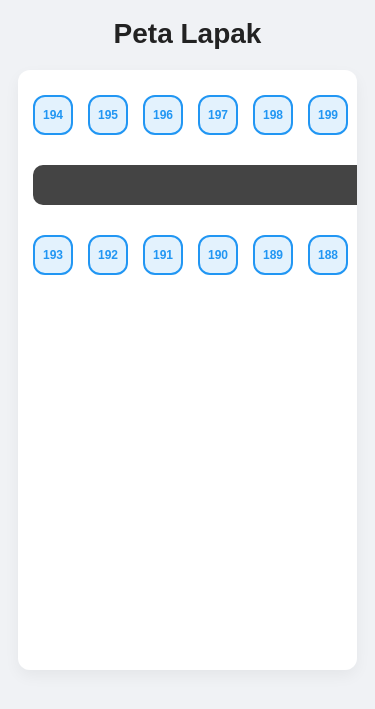
Repository: pasarrakyatbak/denah
Page: index.html
An editor plug-in stored every save of this project. The page is shown before and after the next save, followed by the edit.
The browser window is 375 px wide. The pictures show the whole page.

Above is the page before, as saved 2025-09-19 09:08:22.

After the next save:
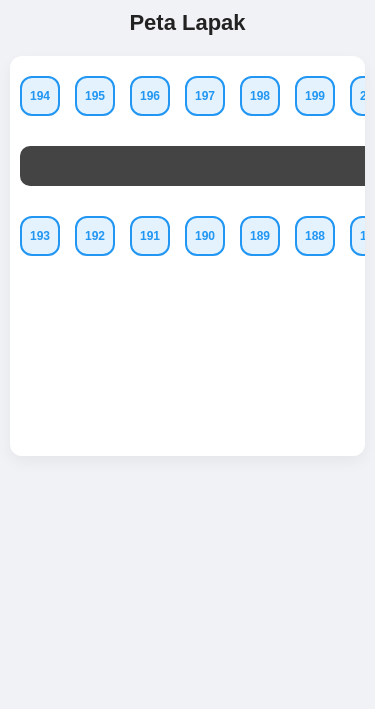
Saved 2 min 11 s later.
--- a/style.css
+++ b/style.css
@@ -18,6 +18,7 @@ h1 {
     margin-bottom: 20px;
 }
 
+/* Scroll container */
 .scroll-container {
     position: relative;
     width: 100%;
@@ -43,6 +44,8 @@ h1 {
     display: flex;
     gap: 15px;
     align-items: center;
+    flex-wrap: wrap;
+    /* Biar responsif */
     min-width: max-content;
 }
 
@@ -60,6 +63,7 @@ h1 {
     justify-content: center;
     transition: all 0.2s ease;
     cursor: pointer;
+    font-size: 16px;
 }
 
 .lapak:hover {
@@ -147,10 +151,27 @@ h1 {
     font-weight: 600;
 }
 
-
-
-/* Responsive */
+/* Responsive Breakpoints */
+
+/* Tablet landscape & kecil (max 1200px) */
+@media(max-width:1200px) {
+    .scroll-container {
+        height: 500px;
+    }
+
+    .lapak {
+        width: 55px;
+        height: 55px;
+        font-size: 15px;
+    }
+}
+
+/* Tablet portrait (max 900px) */
 @media(max-width:900px) {
+    .scroll-container {
+        height: 450px;
+    }
+
     .lapak {
         width: 50px;
         height: 50px;
@@ -164,6 +185,35 @@ h1 {
     }
 }
 
+/* Smartphone (max 600px) */
+@media(max-width:600px) {
+    body {
+        padding: 10px;
+    }
+
+    h1 {
+        font-size: 22px;
+    }
+
+    .scroll-container {
+        height: 400px;
+        padding: 10px;
+    }
+
+    .lapak {
+        width: 45px;
+        height: 45px;
+        font-size: 13px;
+    }
+
+    .jalan-gerbang {
+        width: 90px;
+        height: 34px;
+        font-size: 12px;
+    }
+}
+
+/* Smartphone kecil (max 480px) */
 @media(max-width:480px) {
     .lapak {
         width: 40px;
@@ -173,7 +223,7 @@ h1 {
 
     .jalan-gerbang {
         width: 80px;
-        height: 34px;
-        font-size: 12px;
-    }
-}
+        height: 32px;
+        font-size: 11px;
+    }
+}
